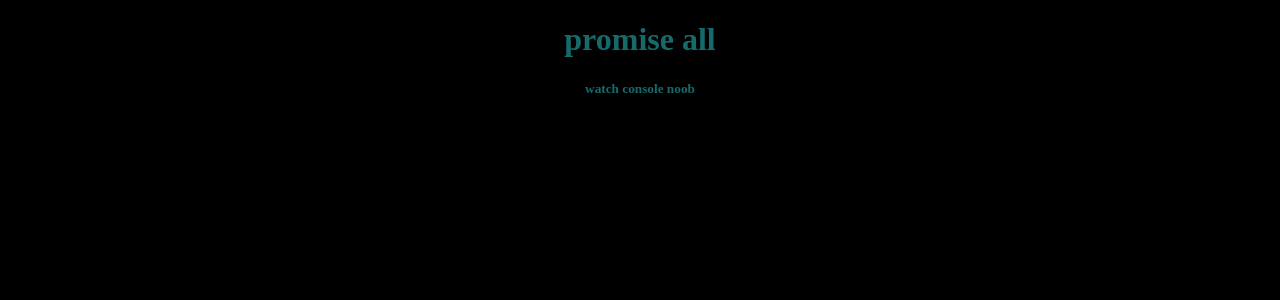
Repository: Magiciaan/pokeapi2
Page: new.html
These files come from the project's save history. The page is drawn as it stood at one moment and after the next save; the edit follows.
The browser window is 1280 px wide. The pictures show the whole page.
The page's requests for data from a server got no answer.

Above is the page before, as saved 2023-01-09 23:42:48.

After the next save:
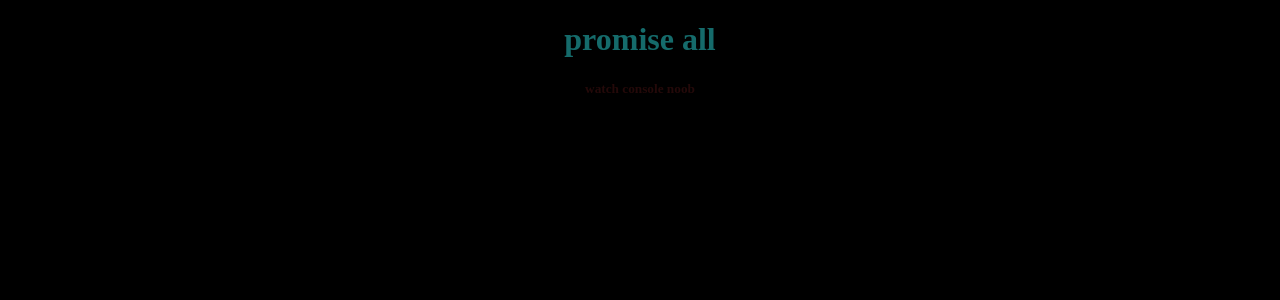
Saved 27 s later.
--- a/new.css
+++ b/new.css
@@ -3,3 +3,6 @@ body{
     color: rgb(21, 107, 107);
     background-color: rgb(0, 0, 0);
 }
+h5{
+    color: rgb(36, 9, 9);
+}
